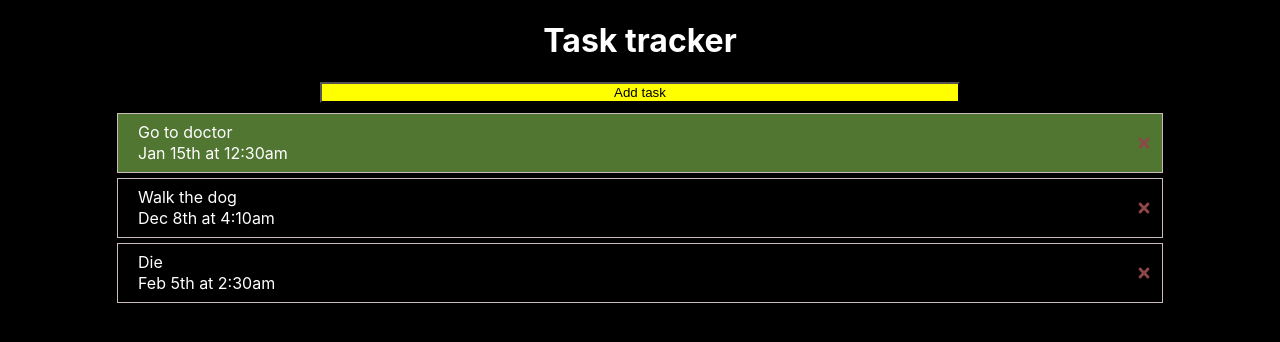
Repository: roscaImarius/task-tracker-react
Page: /
The author's editor kept a copy of each file at every save. The page is drawn from the files as they stood at one save, then again after the next save.
The browser window is 1280 px wide. The pictures show the whole page.
The project was rebuilt for these pictures with package versions that can differ from the ones it lists, and the page was loaded fresh each time. Also part of the build but not shown: src/components/AddTask.js.

Above is the page before, as saved 2021-03-31 12:51:55.

After the next save:
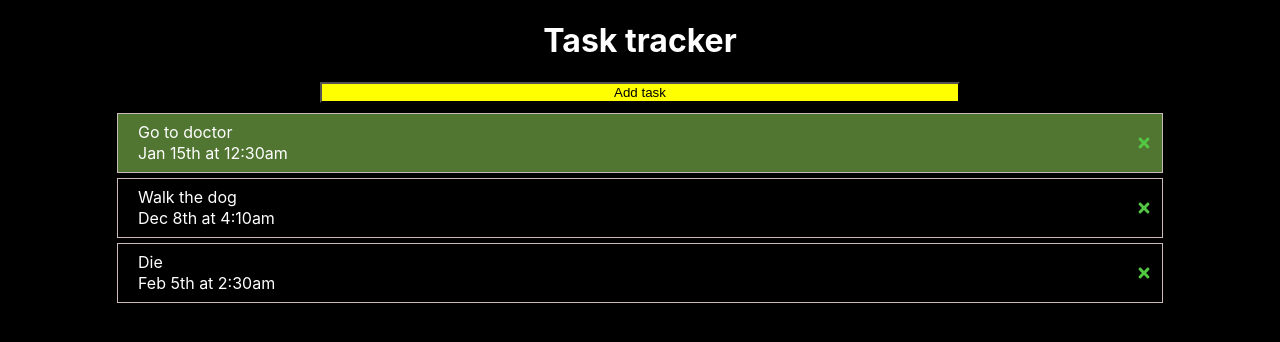
Saved 11 s later.
--- a/src/App.css
+++ b/src/App.css
@@ -28,7 +28,7 @@ body {
 }
 .x {
   margin-right: 10px;
-  color: rgb(140, 71, 71);
+  color: rgb(82, 201, 67);
   margin: auto 5px;
   cursor: pointer;
   padding: 5px;
